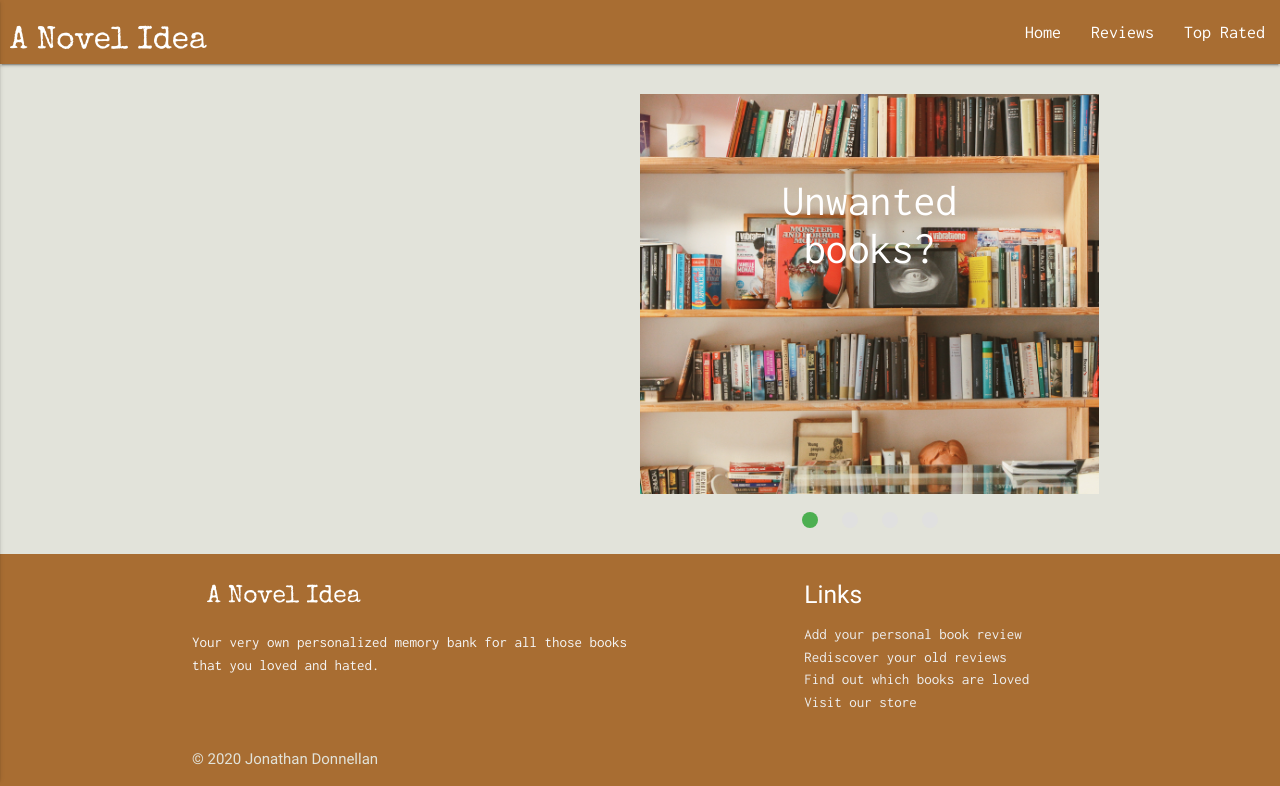
Repository: johnny-don/a-novel-idea
Page: http://localhost/top_rated
The author's editor kept a record of every edit. The page is drawn from the files as they stood at one moment, then again after the next edit.
The browser window is 1280 px wide. The pictures show the whole page.
Some web libraries are served in a nearby version. The page is served by the project's application, run on Flask 3 (app.py). Queries for data that is not in the repository find no rows.

Above is the page before.

After the next edit:
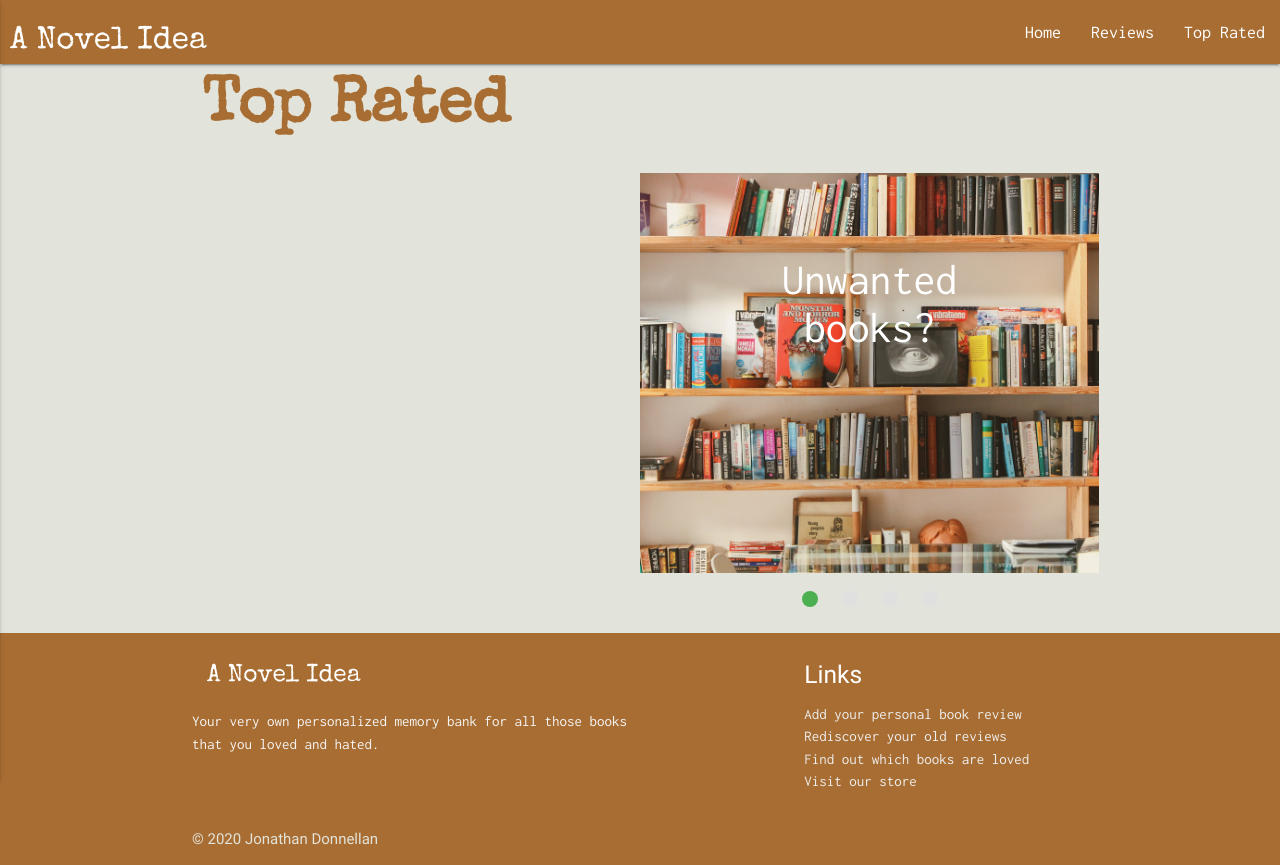
The edit:
--- a/templates/toprated.html
+++ b/templates/toprated.html
@@ -1,4 +1,5 @@
 {% extends 'base.html' %} {% block content %}
+ <h1 class="headline">Top Rated</h1>
 <div class="row sections">
 <div class="col s6">
 
